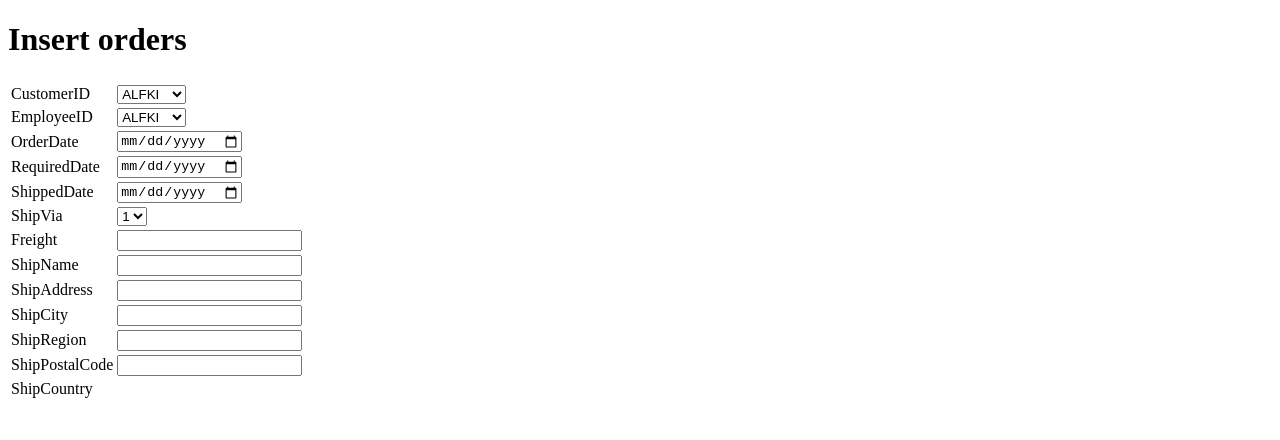
Repository: kaza1509/PRJ301
Page: SE1613/web/addOrder.html
These files come from the project's save history. The page is drawn as it stood at one moment and after a run of saves; the edit follows.
The browser window is 1280 px wide. The pictures show the whole page.

Above is the page before, as saved 2022-01-21 11:27:56.

After the next 3 saves:
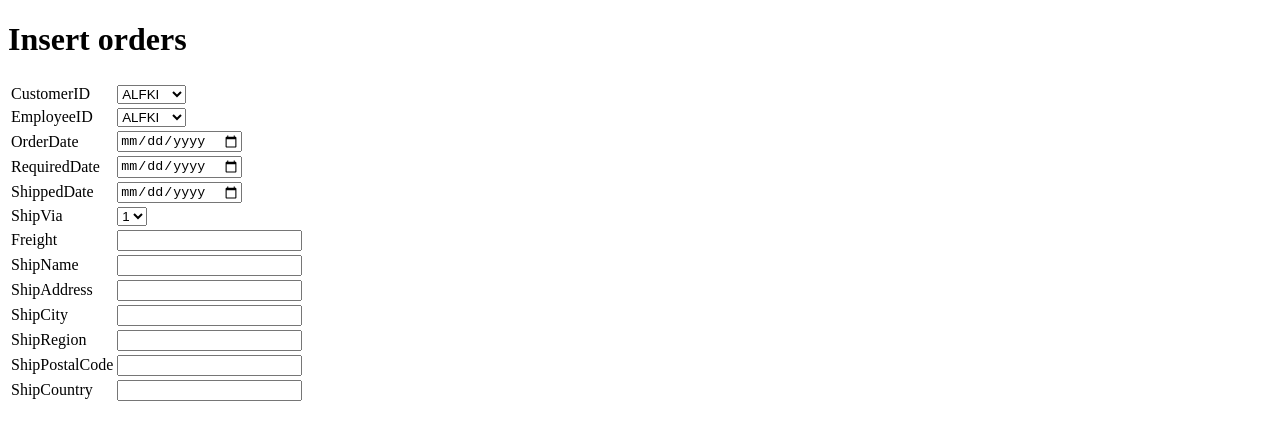
The 3 saves are shown as one change because they came seconds apart.
The last was saved 9 s later.
--- a/SE1613/web/addOrder.html
+++ b/SE1613/web/addOrder.html
@@ -101,7 +101,7 @@
                 <tr>
                     <td>ShipCountry</td>
                     <td>
-
+                        <input type="text" name="shipCountry">
                     </td>
                 </tr>
             </table>
